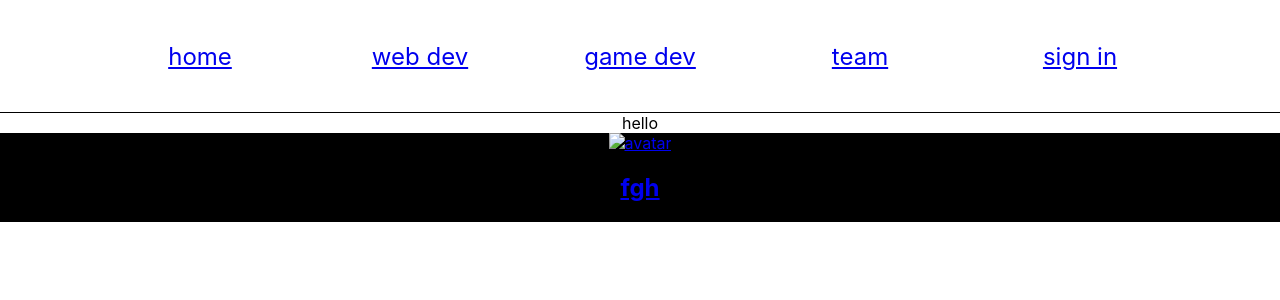
Repository: romAtam/5778
Page: /team/fgh
The author's editor kept a copy of each file at every save. The page is drawn from the files as they stood at one save, then again after the next save.
The browser window is 1280 px wide. The pictures show the whole page.
The page's requests for data from a server got no answer. The project was rebuilt for these pictures with package versions that can differ from the ones it lists, and the page was loaded fresh each time. No one was signed in, and anything a server would have sent is missing. Also part of the build but not shown: src/Pages/Home.js, src/Pages/Game.js, src/Pages/Web.js, src/Pages/Signin.js.

Above is the page before, as saved 2021-12-11 16:27:12.

### src/index.js
import React from 'react';
import ReactDOM from 'react-dom';
import './index.css';
import App from './App';

import {BrowserRouter as Router} from "react-router-dom"
ReactDOM.render(
  <React.StrictMode>
    <Router>
       <App />
    </Router>

  </React.StrictMode>,
  document.getElementById('root')
);

### src/App.js

import './App.css';
import Nav from './Nav'
import {Routes,Route,useParams} from "react-router-dom"
import Home from "./Pages/Home"
import Game from "./Pages/Game"
import Web from "./Pages/Web"
import Team from "./Pages/Team"
import Signin from "./Pages/Signin"
import User from "./Pages/User"
function App() {
  return (
    <div className="App">
<Nav/>
<Routes>
  <Route path="/" element={<Home/>}/>
  <Route path="/game" element={<Game/>}/>
  <Route path="/web" element={<Web/>}/>
  <Route path="/team" element={<Team/>}>
      <Route path=":id" element={<User/>}/>
  </Route>

  <Route path="/signin" element={<Signin/>}/>
</Routes>



    </div>
  );
}




export default App;

### src/Nav.js
import React from 'react'
import{Link} from "react-router-dom"
import styled from "styled-components"

const NavContainer=styled.div`
display: grid;
grid-gap:20px;
justify-content:center;
align-items:center;
height:80px;
font-size:1.5rem;
padding:1rem 2rem;
border-bottom: 1px solid #000;
grid-template-columns: repeat(5,minmax(100px,200px));
@media (max-width: 768px){
    grid-template-columns: 1fr;
    height:100vh;
    max-height:800px ;
}

`
const Nav = () => {



    return (
        <NavContainer>
               <Link to="/">home</Link>
               <Link to="/web">web dev</Link>
               <Link to="/game">game dev</Link>
               <Link to="/team">team</Link>
               <Link to="/signin">sign in</Link>
        </NavContainer>
    )
}

export default Nav

### src/Pages/Team.js
import React,{useState,useEffect} from 'react'
import styled from "styled-components";
import {Link,Outlet} from "react-router-dom"
export const TeamContainer=styled.div`
display:grid ;
grid-gap:20px ;
grid-template-columns:repeat(auto-fit,minmax(200px,1fr)) ;
justify-content:center ;
align-items:center ;
background-color:black;
color: white ;
`

const Team = () => {
    const[team,setTeam]=useState([{login:"fgh"}]);

    useEffect(() =>{
       const fetchTeam=async()=>{
    const teamJson=await fetch("https://api.github.com/users");
    const data=await teamJson.json()

    setTeam(data)
        console.log(data);
}
fetchTeam()

    }

    ,[])
    return (
        <>
         <Outlet/>
         <TeamContainer>

           {team.map(user=>(
               <Link to={`${user.login}`}>
                       <div key={user.login}>
                   <img width='200' src={user.avatar_url} alt="avatar" />
                   <h2>{user.login}</h2>
               </div>
               </Link>

           ))}
        </TeamContainer>
        </>

    )
}

export default Team

### src/Pages/User.js
import React,{useState,useEffect} from 'react'
import {useParams} from "react-router-dom"
const User = () => {
    const[user,setUser]=useState({})
    const {id}=useParams()
    useEffect(() =>{
        const fetchTeam=async()=>{
     const teamJson=await fetch(`https://api.github.com/users/${id}`);
     const data=await teamJson.json()

     setUser(data)
         console.log(data);
 }
 fetchTeam()

     }

     ,[id])

    return (
        <div>


            hello
            {user.avatar_url}

        </div>
    )
}

export default User

Loaded but not shown: public/index.html (common file); src/index.css (common file); src/App.css (common file)

After the next save:
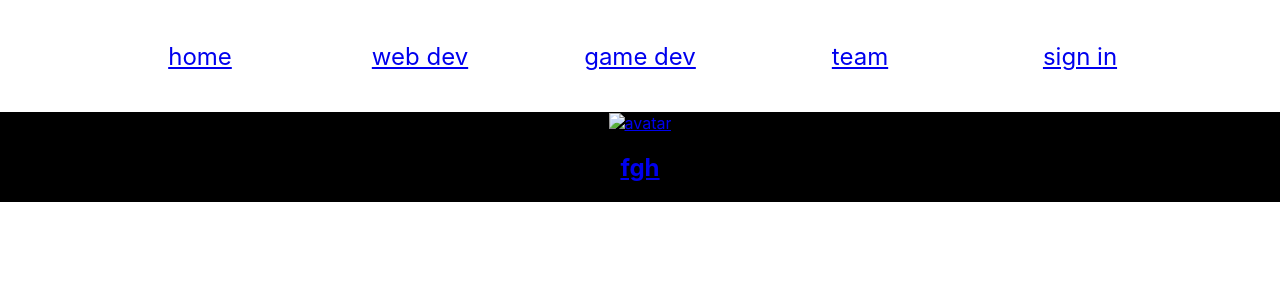
Saved 40 s later.
--- a/src/Pages/User.js
+++ b/src/Pages/User.js
@@ -21,7 +21,7 @@ const User = () => {
         <div>
 
 
-            hello
+{user.login}
             {user.avatar_url}
 
         </div>
